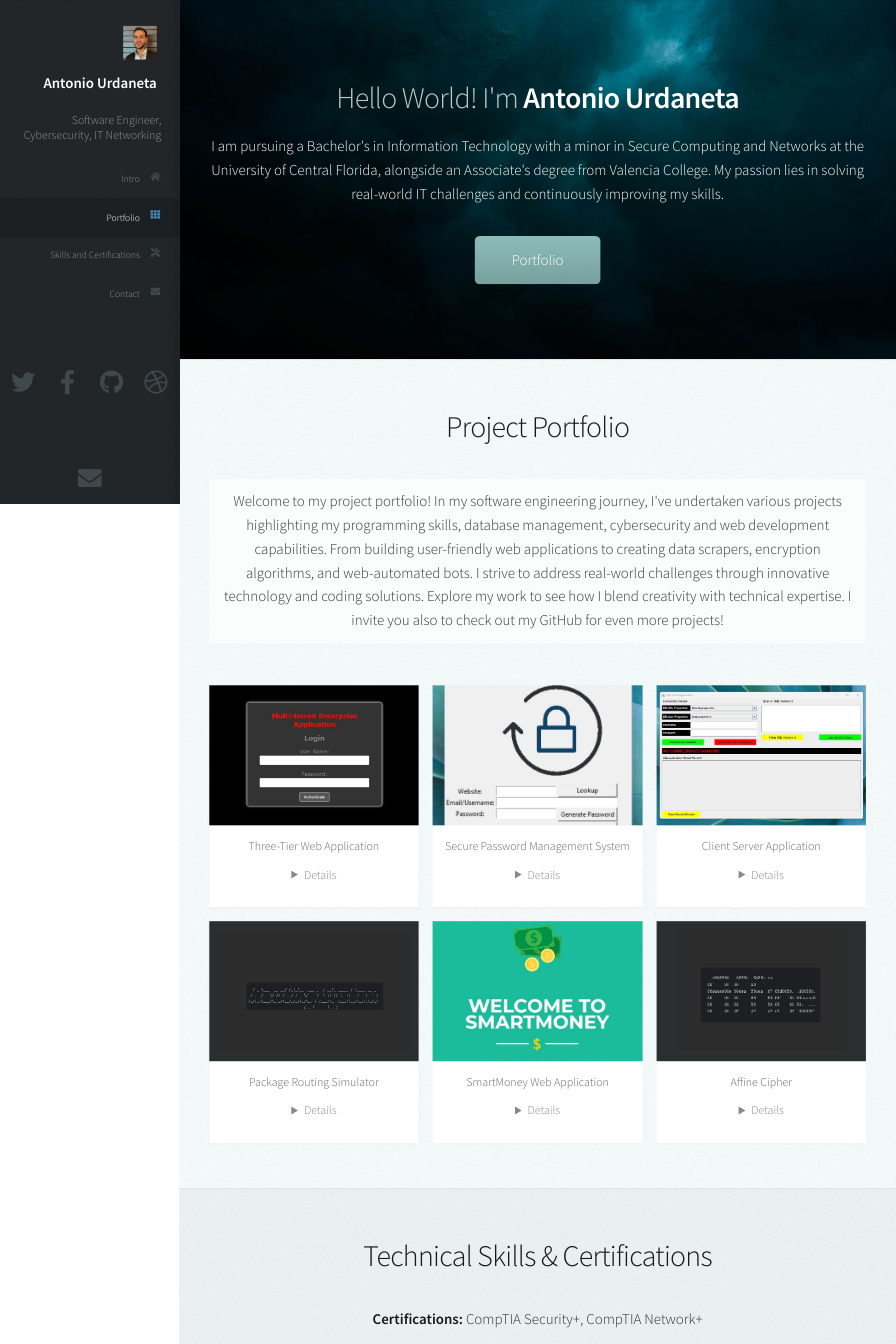
Repository: aaurdanet/Portfolio
Page: index.html
The author's editor kept a copy of each file at every save. The page is drawn from the files as they stood at one save, then again after the next save.
The browser window is 1280 px wide. The pictures show the part of the page from y = 0 to 1920 px (the page is 2630 px tall), at 70% of full size.

Above is the page before, as saved 2024-10-27 14:19:02.

### index.html
<!DOCTYPE HTML>
<html>
	<head>
		<title>Antonio Urdaneta Portfolio</title>
		<meta charset="utf-8" />
		<meta name="viewport" content="width=device-width, initial-scale=1, user-scalable=no" />
		<link rel="stylesheet" href="static/assets/css/main.css" />
		<link rel="icon" href="static/assets/css/images/aulogo.jpg">
	</head>
	<body class="is-preload">

		<!-- Header -->
			<div id="header">

				<div class="top">

					<!-- Logo -->
						<div id="logo">
							<span class="image avatar48"><img src="static/images/avatar.jpg" alt="" /></span>
							<h1 id="title">Antonio Urdaneta</h1>

						</div>
						<div id ="description">
							<p>Software Engineer, Cybersecurity, IT Networking<br> </p>
						</div>

					<!-- Nav -->
						<nav id="nav">
							<ul>
								<li><a href="#top" id="top-link"><span class="icon solid fa-home">Intro</span></a></li>
								<li><a href="#portfolio" id="portfolio-link"><span class="icon solid fa-th">Portfolio</span></a></li>
								<li><a href="#skills" id="Skills-link"><span class="icon solid fa-tools">Skills and Certifications</span></a></li>
								<li><a href="#contact" id="contact-link"><span class="icon solid fa-envelope">Contact</span></a></li>
							</ul>
						</nav>

				</div>
				<div class="bottom">

					<!-- Social Icons -->
						<ul class="icons">
							<li><a href="#" class="icon brands fa-twitter"><span class="label">Twitter</span></a></li>
							<li><a href="#" class="icon brands fa-facebook-f"><span class="label">Facebook</span></a></li>
							<li><a href="#" class="icon brands fa-github"><span class="label">Github</span></a></li>
							<li><a href="#" class="icon brands fa-dribbble"><span class="label">Dribbble</span></a></li>
							<li><a href="#" class="icon solid fa-envelope"><span class="label">Email</span></a></li>
						</ul>

				</div>

			</div>

		<!-- Main -->
			<div id="main">

				<!-- Intro -->
					<section id="top" class="one dark cover">
						<div class="container">

							<header>
								<h2 class="alt">Hello World! I'm<strong> Antonio Urdaneta</strong></h2>
								<p style="color: white;">I am pursuing a Bachelor's in Information Technology with a minor in Secure Computing and Networks at the University of Central Florida,
									alongside an Associate's degree from Valencia College. My passion lies in solving real-world IT challenges and continuously improving my skills.
									</p>
							</header>

							<footer>
								<a href="#portfolio" class="button scrolly">Portfolio</a>
							</footer>

						</div>
					</section>


										<!-- Portfolio Section -->
						<section id="portfolio" class="two">
							<div class="container">

								<header>
									<h2>Project Portfolio</h2>
								</header>

								<p id="Portfolio_description">Welcome to my project portfolio! In my software engineering journey,
									I've undertaken various projects highlighting my programming skills, database management, cybersecurity and web development capabilities.
									From building user-friendly web applications to creating data scrapers, encryption algorithms, and web-automated bots. I strive to address real-world challenges through
									innovative technology and coding solutions. Explore my work to see how I blend creativity with technical expertise. I invite you also to check out my GitHub for even more projects!</p>

								<div class="row">
									<div class="col-4 col-12-mobile">
										<article class="item">
											<a href="#" class="image fit" data-sub-images='["static/images/THREE-TIER.jpg", "static/images/THREE-TIER1.jpg", "static/images/THREE-TIER2.jpg", "static/images/THREE-TIER3.jpg", "static/images/THREE-TIER4.jpg", "static/images/THREE-TIER5.jpg"]' >
												<img src="static/images/THREE-TIER.jpg" alt="MYSQL THREE-TIER WEBAPP images" style="width: 100%; height: 200px; object-fit: cover;" />
											</a>
											<header>
												<h3 class="project-title">Three-Tier Web Application</h3>
												<details style="margin: 10px;">
													<summary style="transition: all 0.3s ease; cursor: pointer; box-shadow: 0 0 0 rgba(0,0,0,0); transition: box-shadow 0.3s ease-in-out;" onmouseover="this.style.boxShadow='0 5px 15px rgba(0,0,0,0.3)';" onmouseout="this.style.boxShadow='0 0 0 rgba(0,0,0,0)';">Details</summary>
													<p style="text-align: left; margin: 10px;"><strong>Description:</strong> This Project showcases various techniques in building distributed web-based applications. The application uses Java Servlets and JSP technology, running on a Tomcat server, to access and maintain a persistent SQL Server Management Studio database via JDBC.</p>
													<p style="text-align: left; margin: 10px;"><strong>Tech Stack:</strong> SSMS, SQL, Java, JavaScript, jquery, HTML, CSS, Jakarta EE, XML, Apache Tomcat Server</p>
												</details>
											</header>
										</article>
										<article class="item">
											<a href="#" class="image fit" data-sub-images='["static/images/Routing1.jpg", "static/images/Routing2.jpg", "static/images/Routing3.jpg", "static/images/Routing4.jpg", "static/images/Routing5.jpg"]' >
												<img src="static/images/Routing.jpg" alt="Package Routing Simulator images" style="width: 100%; height: 200px; object-fit: cover;" />
											</a>
											<header>
												<h3 class="project-title">Package Routing Simulator</h3>
												<details style="margin: 10px;">
													<summary style="transition: all 0.3s ease; cursor: pointer; box-shadow: 0 0 0 rgba(0,0,0,0); transition: box-shadow 0.3s ease-in-out;" onmouseover="this.style.boxShadow='0 5px 15px rgba(0,0,0,0.3)';" onmouseout="this.style.boxShadow='0 0 0 rgba(0,0,0,0)';">Details</summary>
													<p style="text-align: left; margin: 10px;"><strong>Description:</strong> This project simulates an automated package routing system using multi-threaded Java programming, focusing on efficiently managing and synchronizing threads across stations and conveyors with optimized algorithms.</p>
													<p style="text-align: left; margin: 10px;"><strong>Tech Stack:</strong> Java (Multithreading, Concurrency, J2SE, J2EE)</p>
												</details>
											</header>
										</article>
									</div>
									<div class="col-4 col-12-mobile">
										<article class="item">
											<a href="#" class="image fit" data-sub-images='["static/images/Password.jpg", "static/images/Password1.jpg", "static/images/Password2.jpg", "static/images/Password3.jpg"]' data-description="Technologies used: Python, SQLite, Tkinter">
												<img src="static/images/Password.jpg" alt="Secure Password Management System images" style="width: 100%; height: 200px; object-fit: cover;" />
											</a>
											<header>
												<h3 class="project-title">Secure Password Management System</h3>
												<details style="margin: 10px;">
													<summary style="transition: all 0.3s ease; cursor: pointer; box-shadow: 0 0 0 rgba(0,0,0,0); transition: box-shadow 0.3s ease-in-out;" onmouseover="this.style.boxShadow='0 5px 15px rgba(0,0,0,0.3)';" onmouseout="this.style.boxShadow='0 0 0 rgba(0,0,0,0)';">Details</summary>
													<p style="text-align: left; margin: 10px;"><strong>Description:</strong> Developed a password manager adhering to NIST standards, with secure JSON storage for credentials and URL-based retrieval for enhanced security and usability.</p>
													<p style="text-align: left; margin: 10px;"><strong>Tech Stack:</strong> Python, Tkinter, JSON</p>
												</details>
											</header>
										</article>
										<article class="item">
											<a href="#" class="image fit" data-sub-images='["static/images/Money1.jpg", "static/images/Money2.jpg", "static/images/Money33.jpg", "static/images/Money3.jpg", "static/images/Money4.jpg", "static/images/Money5.jpg", "static/images/Money6.jpg", "static/images/Money7.jpg", "static/images/Money8.jpg", "static/images/Money9.jpg", "static/images/Money10.jpg", "static/images/Money11.jpg", "static/images/Money12.jpg"]'>
												<img src="static/images/Money.jpg" alt="Financial Management Web Application images" style="width: 100%; height: 200px; object-fit: cover;" />
											</a>
											<header>
												<h3 class="project-title">SmartMoney Web Application</h3>
												<details style="margin: 10px;">
													<summary style="transition: all 0.3s ease; cursor: pointer; box-shadow: 0 0 0 rgba(0,0,0,0); transition: box-shadow 0.3s ease-in-out;" onmouseover="this.style.boxShadow='0 5px 15px rgba(0,0,0,0.3)';" onmouseout="this.style.boxShadow='0 0 0 rgba(0,0,0,0)';">Details</summary>
													<p style="text-align: left; margin: 10px;"><strong>Description:</strong> A comprehensive web application for managing personal finances, including budgeting, expense tracking, and goal setting. It features tools for interest savings, loan payments, and personalized budgeting based on user feedback. The app also integrates an AI assistant and a finance glossary to enhance user understanding, ensuring a seamless financial management experience.
														 <a href="https://www.youtube.com/watch?v=6dP4LYqnzZg&t=7s">View the final prototype here</a>.</p>
													<p style="text-align: left; margin: 10px;"><strong>Tech Stack:</strong> HTML, CSS, JavaScript, OpenAI API (ChatGPT)</p>
												</details>
											</header>
										</article>
									</div>
									<div class="col-4 col-12-mobile">
										<article class="item">
											<a href="#" class="image fit" data-sub-images='["static/images/TWO-TIER.jpg", "static/images/TWO-TIER1.jpg", "static/images/TWO-TIER2.jpg", "static/images/TWO-TIER3.jpg", "static/images/TWO-TIER4.jpg", "static/images/TWO-TIER5.jpg", "static/images/TWO-TIER6.jpg"]' data-description="Technologies used: Java, SQL, JDBC">
												<img src="static/images/TWO-TIER.jpg" alt="Two-Tier Database Application images" style="width: 100%; height: 200px; object-fit: cover;" />
											</a>
											<header>
												<h3 class="project-title">Client Server Application</h3>
												<details style="margin: 10px;">
													<summary style="transition: all 0.3s ease; cursor: pointer; box-shadow: 0 0 0 rgba(0,0,0,0); transition: box-shadow 0.3s ease-in-out;" onmouseover="this.style.boxShadow='0 5px 15px rgba(0,0,0,0.3)';" onmouseout="this.style.boxShadow='0 0 0 rgba(0,0,0,0)';">Details</summary>
													<p style="text-align: left; margin: 10px;"><strong>Description:</strong> An intuitive Java application that enables secure execution of SQL commands on MySQL databases via JDBC. It supports role-based access control and efficient query management for streamlined database operations.
														 Additionally, it includes a specialized application for accountants that logs transaction data for each user in a separate database.</p>
													<p style="text-align: left; margin: 10px;"><strong>Tech Stack:</strong> Java, SQL, JDBC</p>
												</details>
											</header>
										</article>
										<article class="item">
											<a href="#" class="image fit" data-sub-images='["static/images/Affine1.jpg", "static/images/Affine2.jpg", "static/images/Affine3.jpg"]' data-description="Technologies used: Python, Cryptography">
												<img src="static/images/Affine.jpg" alt="Affine Cipher Encryptor & Decryptor images" style="width: 100%; height: 200px; object-fit: cover;" />
											</a>
											<header>
												<h3 class="project-title">Affine Cipher </h3>
												<details style="margin: 10px;">
													<summary style="transition: all 0.3s ease; cursor: pointer; box-shadow: 0 0 0 rgba(0,0,0,0); transition: box-shadow 0.3s ease-in-out;" onmouseover="this.style.boxShadow='0 5px 15px rgba(0,0,0,0.3)';" onmouseout="this.style.boxShadow='0 0 0 rgba(0,0,0,0)';">Details</summary>
													<p style="text-align: left; margin: 10px;"><strong>Description:</strong> This Python script implements an Affine Cipher, a type of substitution cipher that uses a mathematical function to encrypt and decrypt text. The script also includes a brute-force method to decode ciphertext when the keys are unknown.</p>
													<p style="text-align: left; margin: 10px;"><strong>Tech Stack:</strong> Python</p>
												</details>
											</header>
										</article>
									</div>
								</div>
							</div>
						</section>

				<!-- Skills -->
				<section id="skills" class="three">
					<div class="container">
						<header>
							<h2>Technical Skills & Certifications</h2>
						</header>
						<p><strong>Certifications:</strong> CompTIA Security+, CompTIA Network+</p>
						<p><strong>Programming:</strong> Python, Java, C++, C, C#, MySQL Server, SSMS, PostgreSQL, JavaScript, HTML, CSS, Assembly</p>
						<p><strong>Technologies:</strong> Selenium, Pandas, Flask, Jinja, Django, RESTful API, NumPy, BeautifulSoup, BootStrap, JSP, XML, JSON, GitHub, Git, Android Studio, Linux, VMs, Active Directory, Microsoft Office</p>
						<p><strong>Coursework:</strong> Advanced Java Programming, Databases Management, Data Structures and Algorithms, Computer Science, C programming, Enterprise Computing, Web Development, UX\UI design, System Administration, Secure Operating Systems, Network Security and Privacy, Cyber Defense Analysis, Cryptography and Information Security</p>
						<p><strong>Languages:</strong> English (Fluent), Spanish (Native)</p>
					</div>
				</section>


				<!-- Contact -->

					<section id="contact" class="four">
						<div class="container">
							<div class="bottom">
							<ul class="icons">
								<li><a href="tel:+17737079720" class="icon solid fa-phone"><span class="label">Twitter</span></a></li>
								<li><a href="https://github.com/aaurdanet" class="icon brands fa-github"><span class="label">Github</span></a></li>
								<li><a href="https://www.linkedin.com/in/antoniourdaneta/" class="icon brands fa-linkedin"><span class="label">Dribbble</span></a></li>
								<li><a href="mailto:antonioaurdanet@gmail.com" class="icon solid fa-envelope"><span class="label">Email</span></a></li>
							</ul>
						</div>

			</div>

<!-- Lightbox Container -->
<div id="lightbox" class="lightbox">
    <button id="prev" class="lightbox-nav">&lt;</button>
    <img id="lightbox-img" src="" alt="Enlarged Image" />
    <button id="next" class="lightbox-nav">&gt;</button>
</div>

<!-- Footer -->


<!-- Scripts -->
<script src="static/assets/js/jquery.min.js"></script>
<script src="static/assets/js/jquery.scrolly.min.js"></script>
<script src="static/assets/js/jquery.scrollex.min.js"></script>
<script src="static/assets/js/browser.min.js"></script>
<script src="static/assets/js/breakpoints.min.js"></script>
<script src="static/assets/js/util.js"></script>
<script src="static/assets/js/main.js"></script>
<script src="static/assets/js/imgs.js"></script>


<!-- Lightbox Structure -->
<div id="lightbox" style="display:none;">
    <img id="lightbox-img" src="" alt=""/>
    <div id="lightbox-description"></div>
    <button id="prev">Prev</button>
    <button id="next">Next</button>
</div>


</script>
</body>
</html>

Loaded but not shown: static/assets/css/fontawesome-all.min.css (library); static/assets/js/jquery.min.js (library); static/assets/js/jquery.scrolly.min.js (common file); static/assets/js/jquery.scrollex.min.js (common file); static/assets/js/browser.min.js (common file); static/assets/js/breakpoints.min.js (common file); static/assets/js/util.js (587 lines, source omitted); static/assets/js/main.js (123 lines, source omitted); static/assets/js/imgs.js (45 lines, source omitted); static/assets/css/main.css (2769 lines, source omitted)

After the next save:
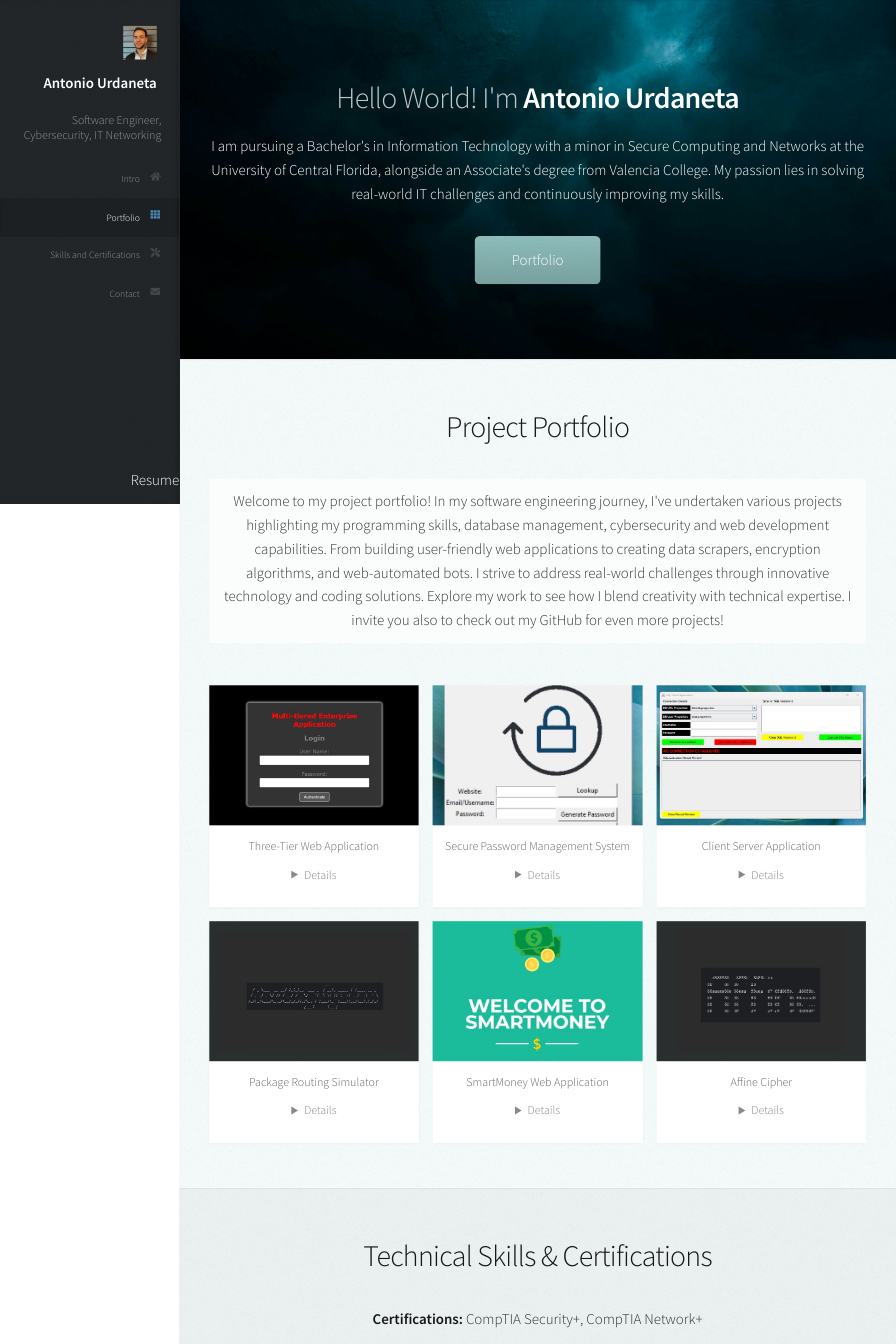
Saved 61 s later.
--- a/index.html
+++ b/index.html
@@ -38,13 +38,7 @@
 				<div class="bottom">
 
 					<!-- Social Icons -->
-						<ul class="icons">
-							<li><a href="#" class="icon brands fa-twitter"><span class="label">Twitter</span></a></li>
-							<li><a href="#" class="icon brands fa-facebook-f"><span class="label">Facebook</span></a></li>
-							<li><a href="#" class="icon brands fa-github"><span class="label">Github</span></a></li>
-							<li><a href="#" class="icon brands fa-dribbble"><span class="label">Dribbble</span></a></li>
-							<li><a href="#" class="icon solid fa-envelope"><span class="label">Email</span></a></li>
-						</ul>
+						<span>Resume</span>
 
 				</div>
 
